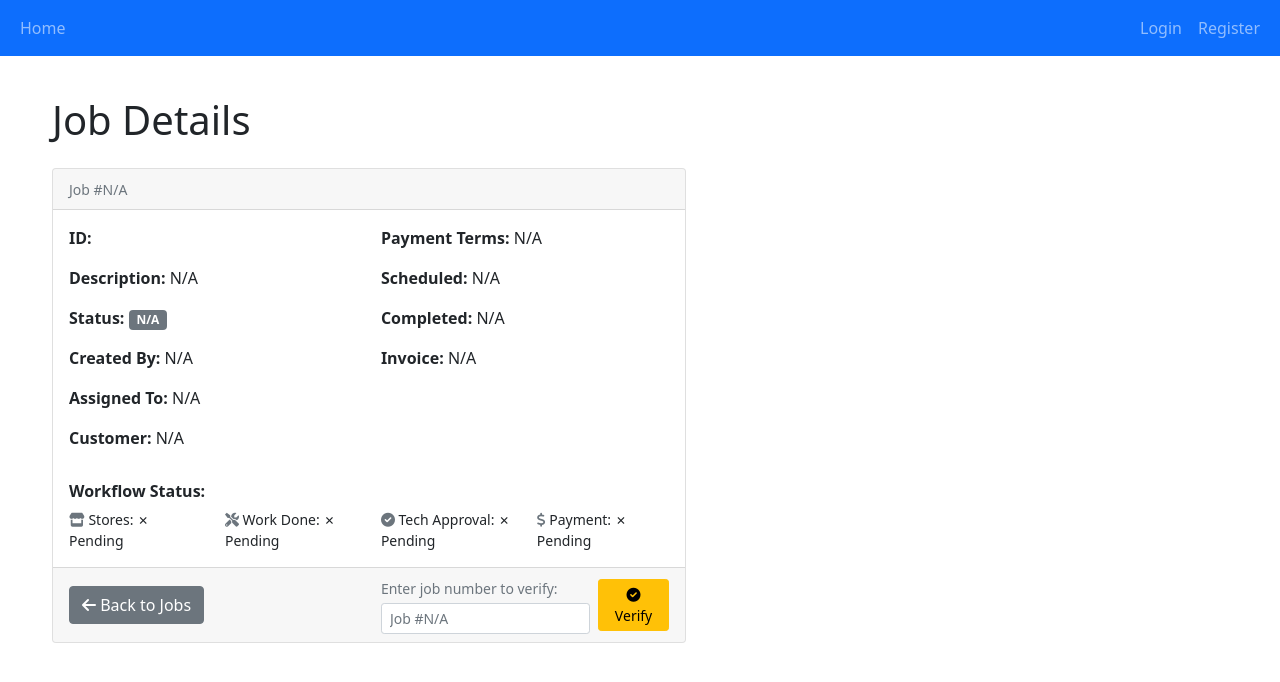
Repository: Matsikembareb/myPowervision
Page: 01prototype/myPowervision/templates/job_management/helpdesk/verify_job.html
An editor plug-in stored every save of this project. The page is shown before and after the next save, followed by the edit.
The browser window is 1280 px wide. The pictures show the whole page.
The page is served by the project's application, run on Flask 3 (01prototype/myPowervision/__init__.py). The template is opened directly, without the code that normally fills it, so the values that code supplies are empty.

Above is the page before, as saved 2025-10-01 12:10:17.

After the next save:
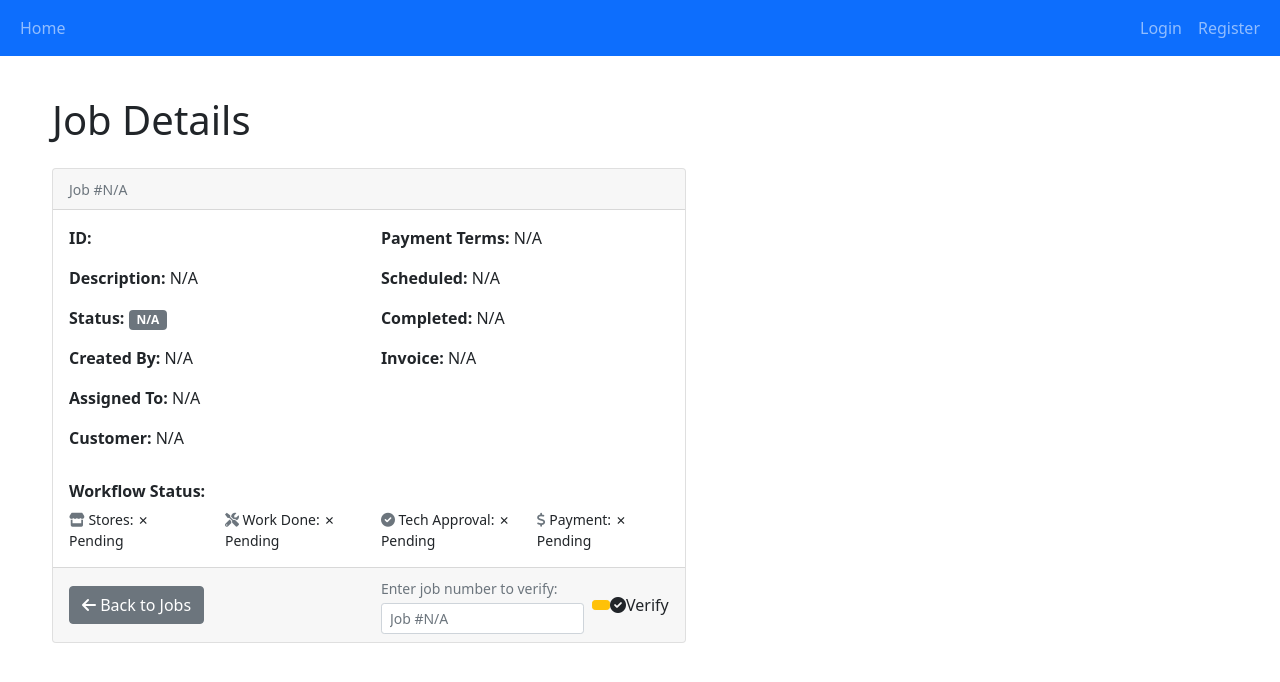
Saved 2 min 16 s later.
--- a/01prototype/myPowervision/templates/job_management/helpdesk/verify_job.html
+++ b/01prototype/myPowervision/templates/job_management/helpdesk/verify_job.html
@@ -91,7 +91,7 @@
                                     <label for="job_number_verify" class="form-label mb-1 small text-muted">Enter job number to verify:</label>
                                     <input type="text" class="form-control form-control-sm" id="job_number_verify" name="job_number_verify" placeholder="Job #{{ job.job_number or 'N/A' }}" required>
                                 </div>
-                                <button type="submit" class="btn btn-warning btn-sm">
+                                <button type="submit" class="btn btn-warning btn-sm" onclick="return confirm('Are you sure you want to verify this job? This action cannot be undone.')"></button>
                                     <i class="fas fa-check-circle"></i> Verify
                                 </button>
                             </form>

After the save that followed:
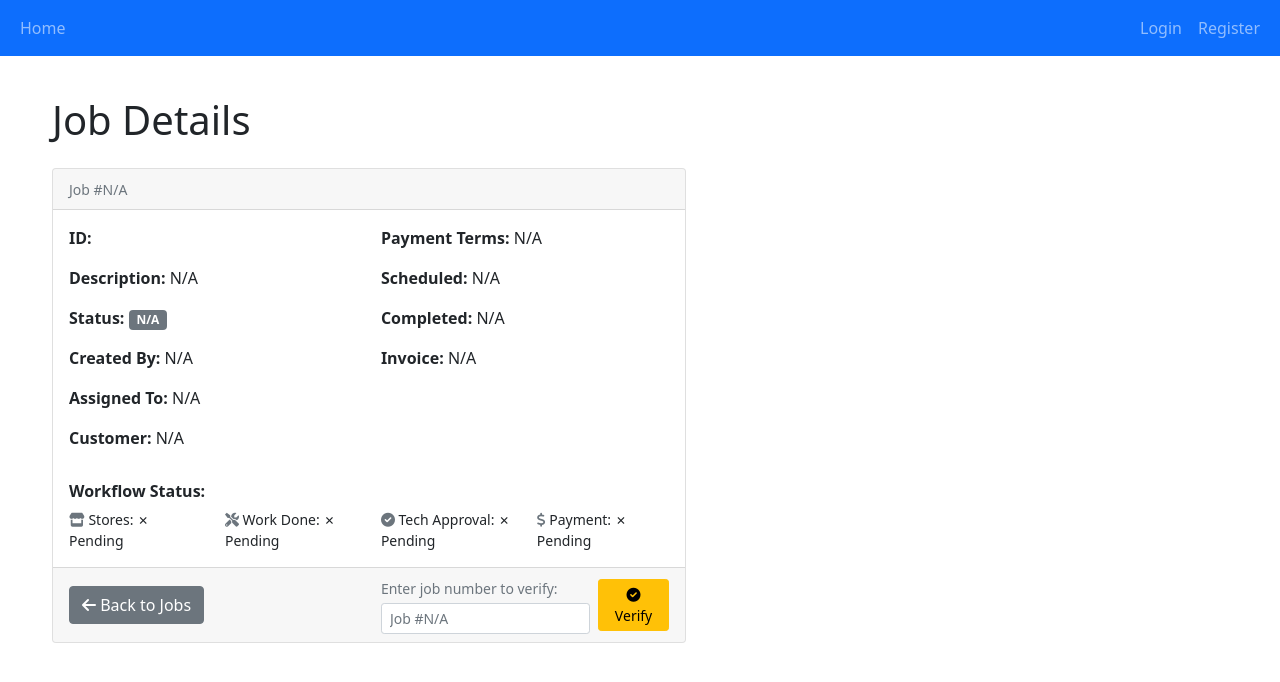
Saved 2 min 33 s later.
--- a/01prototype/myPowervision/templates/job_management/helpdesk/verify_job.html
+++ b/01prototype/myPowervision/templates/job_management/helpdesk/verify_job.html
@@ -91,7 +91,7 @@
                                     <label for="job_number_verify" class="form-label mb-1 small text-muted">Enter job number to verify:</label>
                                     <input type="text" class="form-control form-control-sm" id="job_number_verify" name="job_number_verify" placeholder="Job #{{ job.job_number or 'N/A' }}" required>
                                 </div>
-                                <button type="submit" class="btn btn-warning btn-sm" onclick="return confirm('Are you sure you want to verify this job? This action cannot be undone.')"></button>
+                                <button type="submit" class="btn btn-warning btn-sm" onclick="return confirm('Are you sure you want to verify this job? This action cannot be undone.')">
                                     <i class="fas fa-check-circle"></i> Verify
                                 </button>
                             </form>
